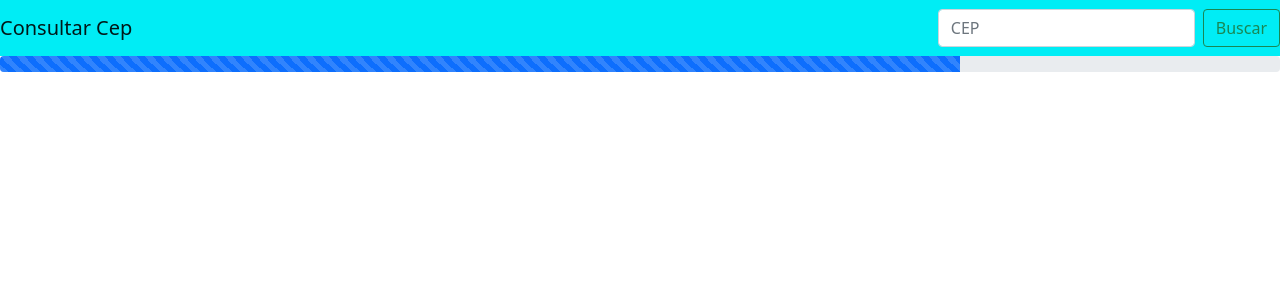
Repository: ViniciusCMS/StudyJquerry
Page: index.html
An editor plug-in stored every save of this project. The page is shown before and after the next save, followed by the edit.
The browser window is 1280 px wide. The pictures show the whole page.

Above is the page before, as saved 2021-11-26 11:44:18.

After the next save:
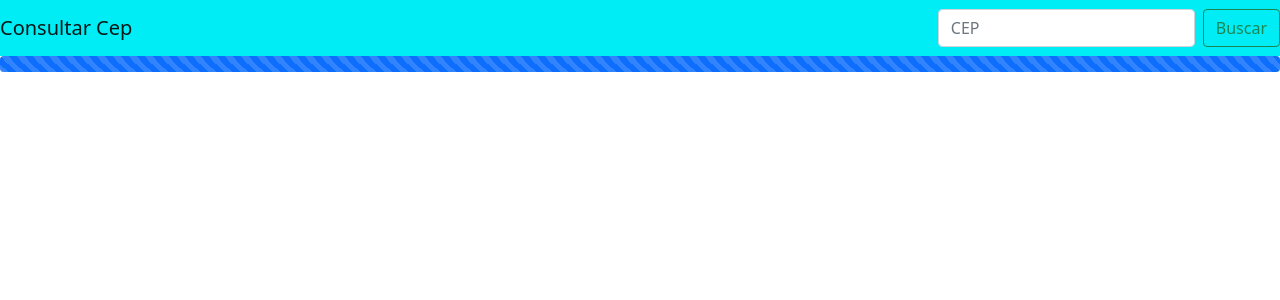
Saved 23 s later.
--- a/index.html
+++ b/index.html
@@ -19,7 +19,7 @@
     </nav>
 
     <div class="progress">
-        <div class="progress-bar progress-bar-striped progress-bar-animated" role="progressbar" aria-valuenow="75" aria-valuemin="0" aria-valuemax="100" style="width: 75%"></div>
+        <div class="progress-bar progress-bar-striped progress-bar-animated" role="progressbar" aria-valuenow="75" aria-valuemin="0" aria-valuemax="100" style="width: 100%"></div>
       </div>
 
     <div class="container cep">
